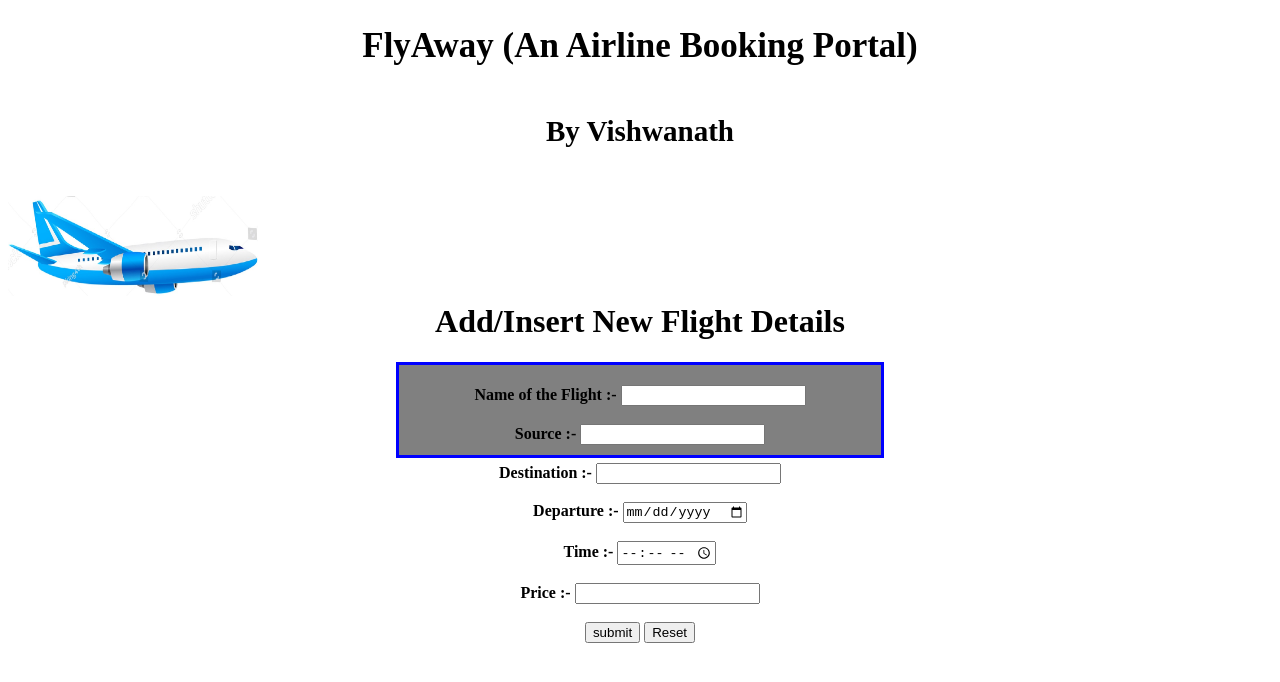
Repository: Vishu4401/FlyAway-An-Airline-Booking-Portal-
Page: http://localhost/FlyAway-An-Airline-Booking-Portal/AdminHome.jsp
These files come from the project's save history. The page is drawn as it stood at one moment and after the next save; the edit follows.
The browser window is 1280 px wide. The pictures show the whole page.
The page is served by Tomcat 9.

Above is the page before, as saved 2022-08-24 04:34:46.

After the next save:
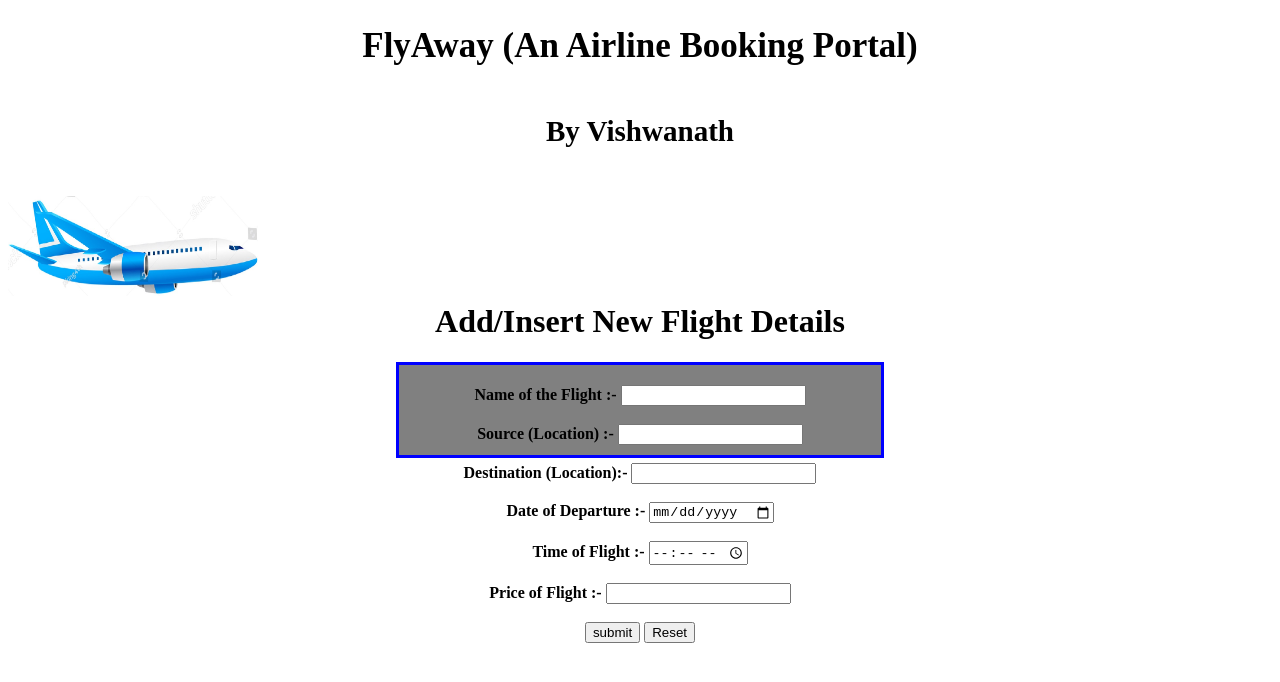
Saved 73 s later.
--- a/FlyAway-An-Airline-Booking-Portal/src/main/webapp/AdminHome.jsp
+++ b/FlyAway-An-Airline-Booking-Portal/src/main/webapp/AdminHome.jsp
@@ -44,11 +44,11 @@ div {
 <div style="border:3px solid blue;width:35%;padding:20px" align="center">
 <form action="BookFlight.jsp" method=post>
 	<label for=name>Name of the Flight :-</label> <input type="text" name=name id=name required /><br><br>
-	<label for=from>Source :-</label> <input type="text" name=from id=from required/><br><br>
-	<label for=to>Destination :-</label> <input type="text" name=to id=to required /><br><br>
-	<label for=departure>Departure :-</label> <input type="date" name=departure id=departure required/><br><br>
-	<label for=time>Time :-</label> <input type="time" name=time id=time required /><br><br>
-	<label for=price>Price :-</label> <input type="text" name=price id=price required /><br><br>
+	<label for=from>Source (Location) :-</label> <input type="text" name=from id=from required/><br><br>
+	<label for=to>Destination (Location):-</label> <input type="text" name=to id=to required /><br><br>
+	<label for=departure>Date of Departure :-</label> <input type="date" name=departure id=departure required/><br><br>
+	<label for=time>Time of Flight :-</label> <input type="time" name=time id=time required /><br><br>
+	<label for=price>Price of Flight :-</label> <input type="text" name=price id=price required /><br><br>
 	<input type="submit" value=submit /> <input type=reset />
 </form>
 </div>
